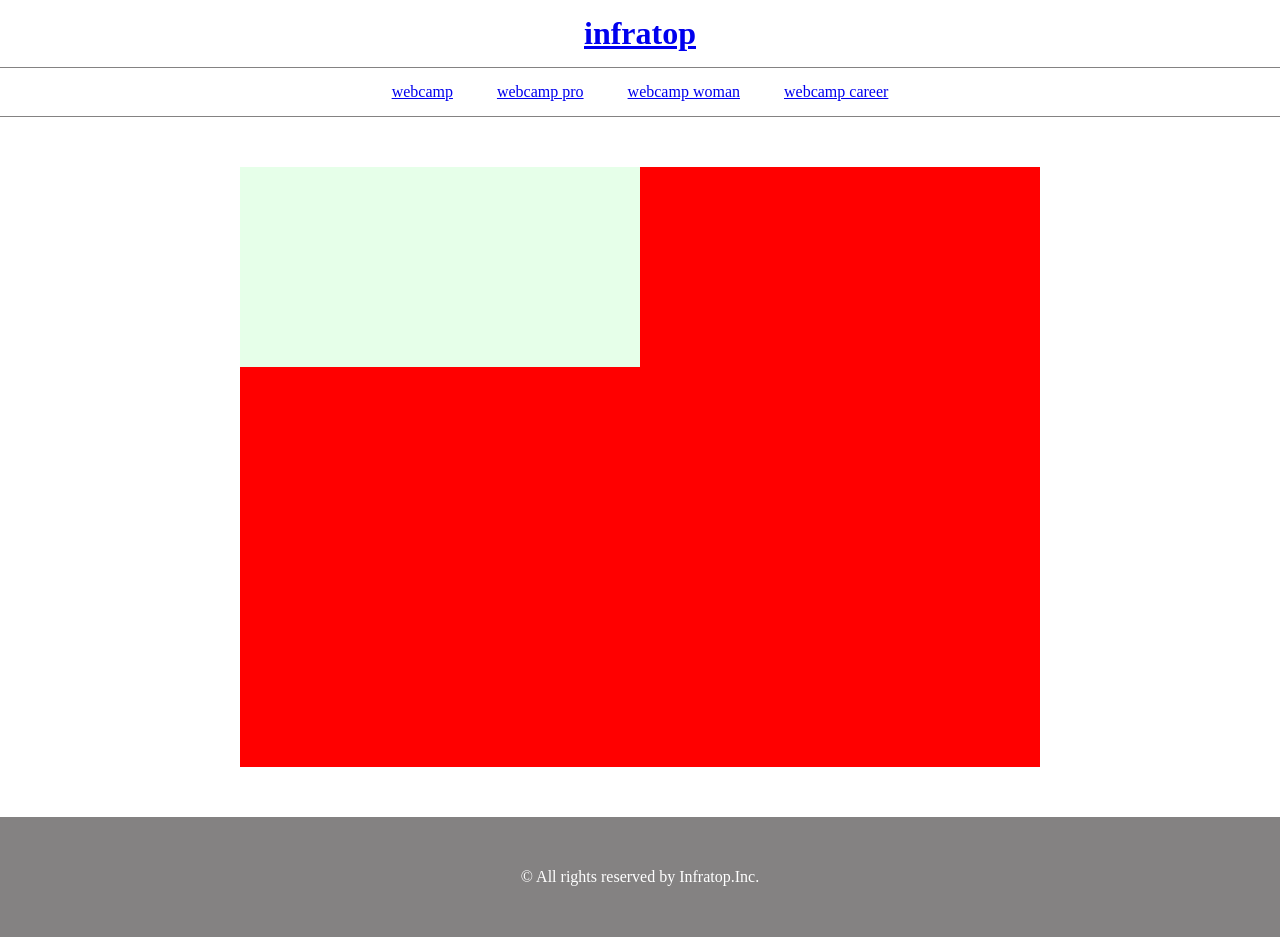
Repository: Nao002/practice
Page: html-practice5/index.html
The author's editor kept a record of every edit. The page is drawn from the files as they stood at one moment, then again after the next edit.
The browser window is 1280 px wide. The pictures show the whole page.

Above is the page before.

### html-practice5/index.html
<!DOCTYPE html>
<html lang="ja">
  <head>
    <meta charset="UTF-8" />
    <!-- CSSファイルの読み込み -->
    <link rel="stylesheet" href="style.css" />
    <title>infratop</title>
  </head>

  <body>
    <!-- header -->
    <header>
      <h1 class="heading">
        <a href="index.html">
          infratop
        </a>
      </h1>
    </header>

     <!-- navigation -->
    <nav>
      <ul class="nav-list">
        <li class="nav-list-item">
          <a href="index.html">webcamp</a>
        </li>
        <li class="nav-list-item">
          <a href="index.html">webcamp pro</a>
        </li>
        <li class="nav-list-item">
          <a href="index.html">webcamp woman</a>
        </li>
        </li>
        <li class="nav-list-item">
          <a href="index.html">webcamp career</a>
        </li>
      </ul>
    </nav>

    <!-- main-visual用のdiv -->
    <div class="main-visual">
      <div class="main-visual-content">
        <div class="main-visual-color color1"></div>
        <div class="main-visual-color color2"></div>
        <div class="main-visual-color color3"></div>
        <div class="main-visual-color color4"></div>
        <div class="main-visual-color color5"></div>
        <div class="main-visual-color color6"></div>
        <div class="main-visual-color color7"></div>
        <div class="main-visual-color color8"></div>
        <div class="main-visual-color color9"></div>
        <div class="main-visual-color color10"></div>
        <div class="main-visual-color color12"></div>
        <div class="main-visual-color color12"></div>
      </div>
    </div>

    <!-- footer -->
    <footer>
      <p class="footer-text">© All rights reserved by Infratop.Inc.</p>
    </footer>

  </body>
</html>

### html-practice5/style.css
/* ブラウザがそれぞれ持っているCSSをリセットするための記述 */
* {
  margin: 0;
  padding: 0;
  box-sizing: border-box;
}

header {
  width: 90%;
  padding: 15px 0;
  margin: 0 auto;
  text-align: center;
}

header .heading { /* headerタグ内のheadingクラスにのみ反映される */
  font-size: 32px;
}

.nav-list {
  text-align: center;
  padding: 15px 0;
  margin: 0 auto;
  border-top: 1px solid #848282;
  border-bottom: 1px solid #848282;
}

.nav-list-item {
  list-style: none;
  display: inline-block;
  margin: 0 20px;
}

.main-visual {
  width: 100%; /* 横幅いっぱい */
  height: 650px; /* 高さ300px */
}

.main-visual-content {
  width: 800px; /* 横幅350px */
  height: 300px; /* 親の高さに揃える */
  flex-wrap: wrap;
  margin: 50px auto;
  font-size: 0;
}

.main-visual-color{
  display: inline-block;
  width: 200px;
  height: 200px;
  background-color: #FF0000;
  font-size: 0;
}

.color1{
  background-color: #e6ffe9
}

.color2{
  background-color: #e6ffe9
}

.color1{
  background-color: #e6ffe9
}

.color1{
  background-color: #e6ffe9
}

.color1{
  background-color: #e6ffe9
}

.color1{
  background-color: #e6ffe9
}
.color1{
  background-color: #e6ffe9
}

.color1{
  background-color: #e6ffe9
}

.color1{
  background-color: #e6ffe9
}

.color1{
  background-color: #e6ffe9
}


footer {
  width: 100%;
  height: 120px;
  text-align: center;
  line-height: 120px;
  background-color: #848282;
}

.footer-text {
  color: #fff;
}

After the next edit:
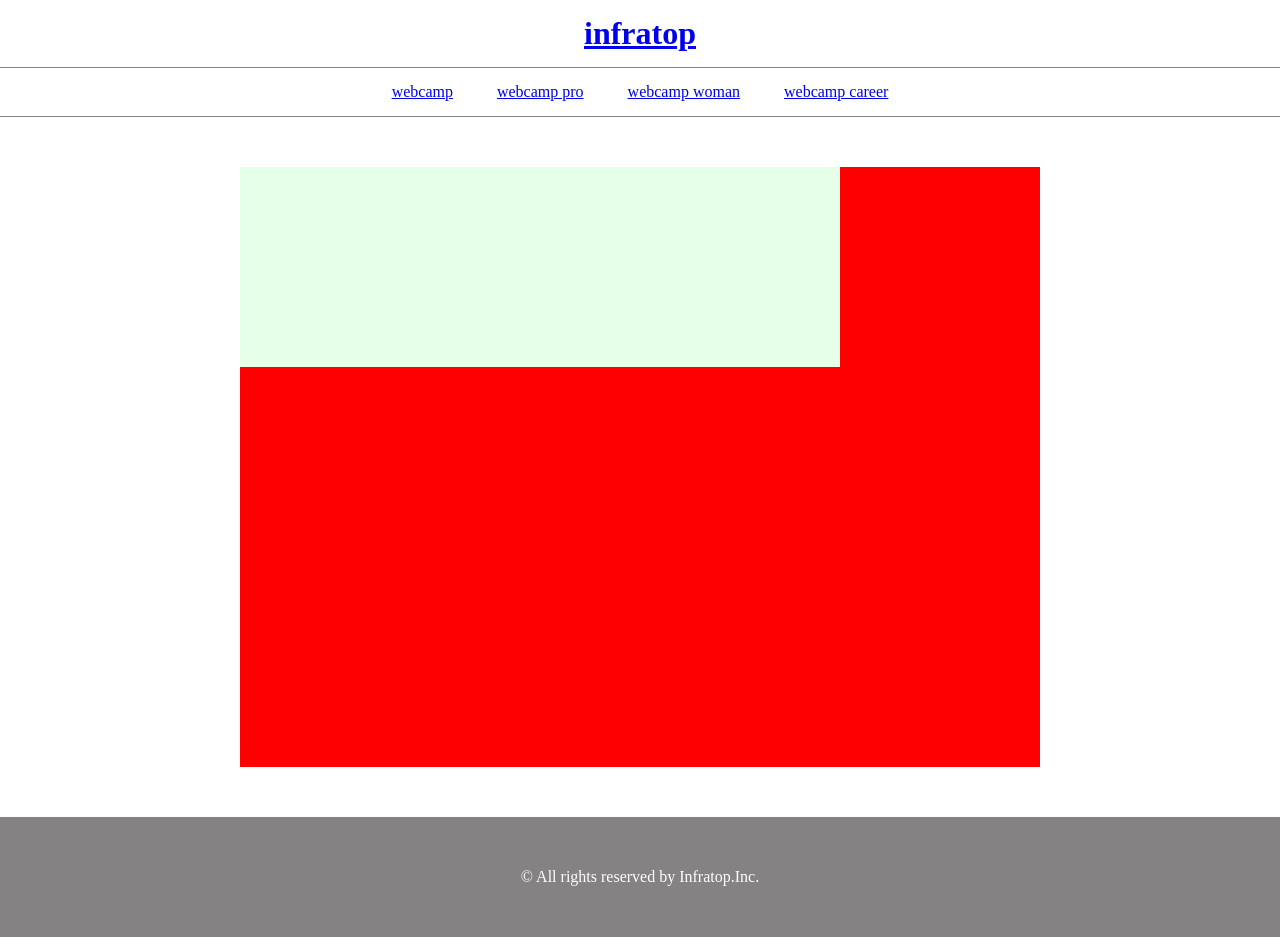
The edit:
--- a/html-practice5/style.css
+++ b/html-practice5/style.css
@@ -59,7 +59,7 @@
   background-color: #e6ffe9
 }
 
-.color1{
+.color3{
   background-color: #e6ffe9
 }
 
